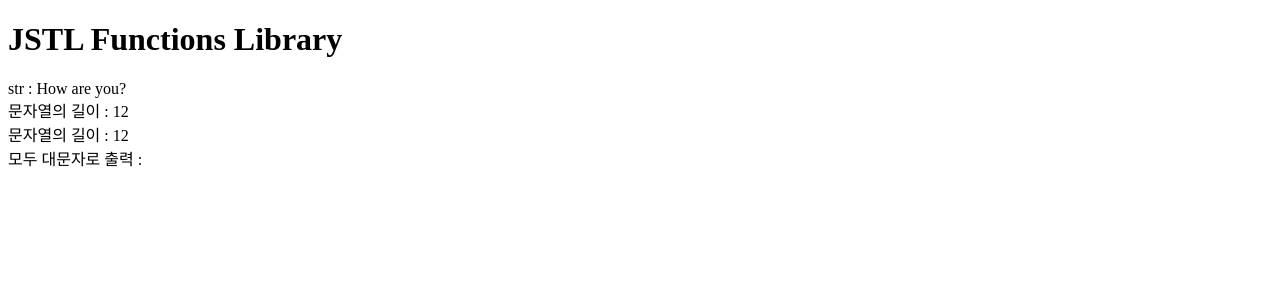
Repository: Young-27/DailyStudy
Page: http://localhost/actionProject/views/3_customAction/03_fn.jsp
The author's editor kept a copy of each file at every save. The page is drawn from the files as they stood at one save, then again after the next save.
The browser window is 1280 px wide. The pictures show the whole page.
The page is served by Tomcat 9.

Above is the page before, as saved 2021-06-18 08:01:22.

After the next save:
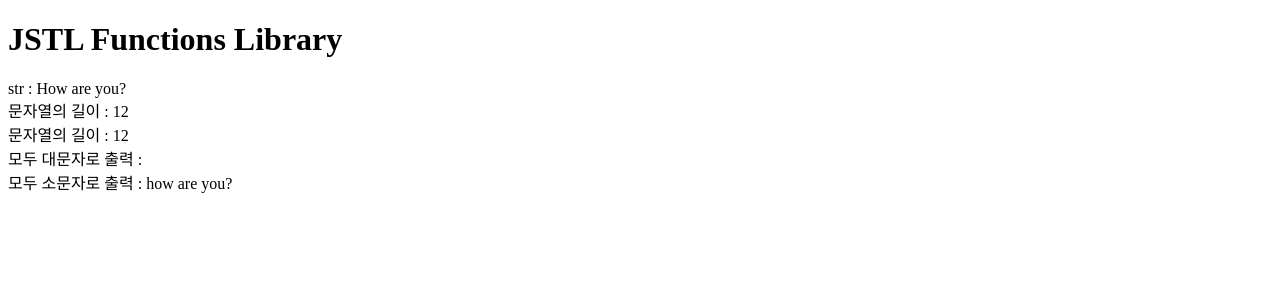
Saved 25 s later.
--- a/Server/web-workspace2/actionProject/WebContent/views/3_customAction/03_fn.jsp
+++ b/Server/web-workspace2/actionProject/WebContent/views/3_customAction/03_fn.jsp
@@ -19,6 +19,7 @@
 	문자열의 길이 : ${ str.length() } <br>
 
 	모두 대문자로 출력 : ${ fn.toUpperCase(str) } <br>
+	모두 소문자로 출력 : ${ fn:toLowerCase(str) } <br>
 
 </body>
 </html>
